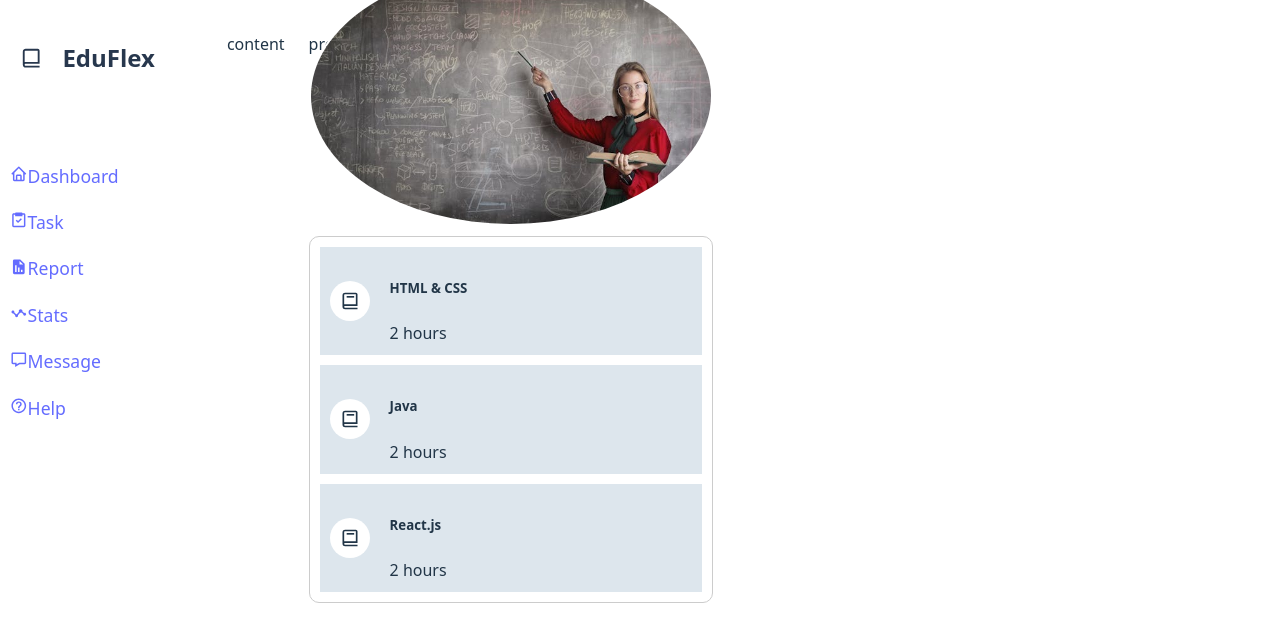
Repository: gogg23/react-dash
Page: /
An editor plug-in stored every save of this project. The page is shown before and after the next save, followed by the edit.
The browser window is 1280 px wide. The pictures show the whole page.
The project was rebuilt for these pictures with package versions that can differ from the ones it lists, and the page was loaded fresh each time. Also part of the build but not shown: vite.config.js.

Above is the page before, as saved 2025-04-09 17:42:00.

### index.html
<!DOCTYPE html>
<html lang="en">
  <head>
    <meta charset="UTF-8" />
    <link rel="icon" type="image/svg+xml" href="/vite.svg" />
    <meta name="viewport" content="width=device-width, initial-scale=1.0" />
    <title>React Dashboard</title>
  </head>
  <body>
    <div id="root"></div>
    <script type="module" src="/src/main.jsx"></script>
  </body>
</html>

### src/App.jsx
import React from 'react';
import Sidebar from './components/Sidebar';
import Content from './components/Content';
import Profile from './components/Profile';
import './App.css';

const App = () => {
  return (
    <div className='dashboard'>
      <Sidebar />
      <div className='dashboard--content'>
        <>
          <Content />
          <Profile />
        </>
      </div>
    </div>
  );
};

export default App;

### src/components/Sidebar.jsx
import React from 'react';
import {
  BiHome,
  BiBookAlt,
  BiTask,
  BiMessage,
  BiSolidReport,
  BiStats,
  BiHelpCircle,
  BiTaskX,
} from 'react-icons/bi';
import '../styles/Sidebar.css';
const Sidebar = () => {
  return (
    <div className='menu'>
      <div className='logo'>
        <BiBookAlt className='logo-icon' />
        <h2>EduFlex</h2>
      </div>

      <div className='menu--list'>
        <a href='' className='item'>
          <BiHome />
          Dashboard
        </a>
        <a href='' className='item'>
          <BiTask />
          Task
        </a>
        <a href='' className='item'>
          <BiSolidReport />
          Report
        </a>
        <a href='' className='item'>
          <BiStats />
          Stats
        </a>
        <a href='' className='item'>
          <BiMessage />
          Message
        </a>
        <a href='' className='item'>
          <BiHelpCircle />
          Help
        </a>
      </div>
    </div>
  );
};

export default Sidebar;

### src/components/Content.jsx
import React from 'react';

function content() {
  return <div>content</div>;
}

export default content;

### src/components/Profile.jsx
import React from 'react';
import { BiEdit, BiBook } from 'react-icons/bi';
import ProfileHeader from './ProfileHeader';
import '../styles/Profile.css';
import Image1 from '../assets/images/Image1.jpg';

const courses = [
  {
    title: 'HTML & CSS',
    duration: '2 hours',
    icon: <BiBook />,
  },
  {
    title: 'Java',
    duration: '2 hours',
    icon: <BiBook />,
  },
  {
    title: 'React.js',
    duration: '2 hours',
    icon: <BiBook />,
  },
];

const Profile = () => {
  return (
    <div className='profile'>
      <ProfileHeader />
      <div className='user--detail'>
        <img
          src={Image1}
          alt='Profile'
          style={{
            width: '400px',
            height: '400px',
            borderRadius: '50%',
            border: '2px solid #fff',
            objectFit: 'cover',
          }}
        />
        <h2 className='user--name'>Jane Doe</h2>
        <span className='profession'>Teacher</span>
      </div>

      <div className='user--courses'>
        {' '}
        {/* ✅ FIXED class name */}
        {courses.map((course, index) => (
          <div className='course' key={index}>
            <div className='course-detail'>
              <div className='course-cover'>{course.icon}</div>
              <div className='course-name'>
                <h5 className='title'>{course.title}</h5>
                <span className='duration'>{course.duration}</span>
              </div>
            </div>
            <div className='action'></div>
          </div>
        ))}
      </div>
    </div>
  );
};

export default Profile;

### src/App.css
.dashboard {
  display: flex;
  gap: 20px;
}

.dashboard--content {
  background: #fff;
  flex: 1;
  border-radius: 20px;
  padding: 2rem;
  display: flex;
  gap: 1.5rem;
  justify-content: space-between;
}

### src/styles/sidebar.css
.sidebar {
  background-color: #dde6ed; /* Adjust to match your desired grey */
  width: 250px; /* Ensure proper width */
  height: 100vh; /* Full height */
  padding: 20px;
}

/* Menu container */
.menu {
  display: flex;
  flex-direction: column;
  gap: 2.3rem;
  height: 94vh;
}

/* Logo styles */
.logo {
  text-align: center;
  padding: 20px;
  color: #27374d;
  align-items: center;
  display: flex;
  gap: 20px;
}

.logo-icon {
  font-size: 1.4rem;
}

/* Menu items */
.menu--list {
  display: flex;
  flex-direction: column;
  gap: 20px;
  font-size: 1.1rem;
  text-decoration: none;
  font-weight: 600;
  padding: 10px;
  border-radius: 10px;
  transition: 0.3s ease-in-out;
  color: #27374d;
}

/* Menu item hover effect */
.menu--list .item:hover,
.active {
  background-color: #27374d;
  color: #dde6ed !important;
}

### src/components/ProfileHeader.jsx
import React from 'react';

const profileHeader = () => {
  return <div>profileHeader</div>;
};

export default profileHeader;

### src/styles/profile.css
.profile {
  flex: 1;
}

.profile--header {
  display: flex;
  justify-content: space-between;
  align-items: center;
}

.edit {
  background: #dde6ed;
  padding: 12px;
  border-radius: 10px;
  color: #939393;
  display: flex;
  justify-content: center;
}

.edit .icon {
  font-size: 20px;
  transition: 0.5s ease-in-out;
}

.user--profile {
  height: 85%;
  margin-top: 2rem;
  background: #dde6ed;
  border-radius: 10px;
  display: flex;
  flex-direction: column;
}

.user--detail {
  width: 100%;
  height: 180px;
  display: flex;
  align-items: center;
  flex-direction: column;
  justify-content: center;
}

.user--profile .username {
  background: fff;
  flex: 1;
  border-radius: 10px;
  padding: 10px;
  display: flex;
  flex-direction: column;
  gap: 10px;
}

.user--courses {
  background: #fff;
  flex: 1;
  border-radius: 10px;
  padding: 10px;
  display: flex;
  flex-direction: column;
  gap: 10px;
  border: 1px solid #ccc;
}

.course {
  background: #dde6ed;
  padding: 10px;
  display: flex;
  align-items: center;
  justify-content: space-between;
}

.course-detail {
  display: flex;
  align-items: center;
  gap: 20px;
}

.course-cover {
  background: #fff;
  width: 40px;
  height: 40px;
  display: flex;
  align-items: center;
  justify-content: center;
  border-radius: 50%;
  font-size: 20px;
}

.course-duration {
  font-size: 12px;
}
.course-action {
  font-weight: 900;
  font-size: 1.2rem;
}
.profession {
  color: 969393;
}

Loaded but not shown: src/main.jsx (common file); src/index.css (common file)

After the next save:
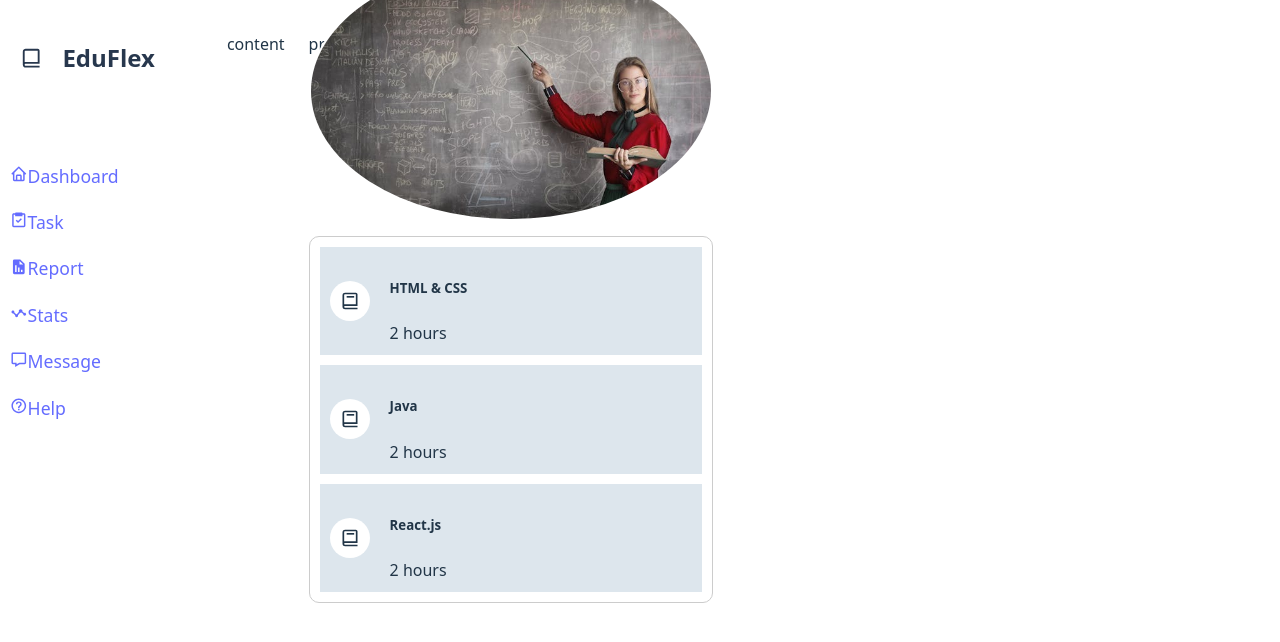
Saved 9 min 24 s later.
--- a/src/styles/profile.css
+++ b/src/styles/profile.css
@@ -38,6 +38,13 @@
   align-items: center;
   flex-direction: column;
   justify-content: center;
+}
+
+.user--detail img {
+  background: #fff;
+  border-radius: 50;
+  width: 150px;
+  margin-bottom: 10px;
 }
 
 .user--profile .username {
